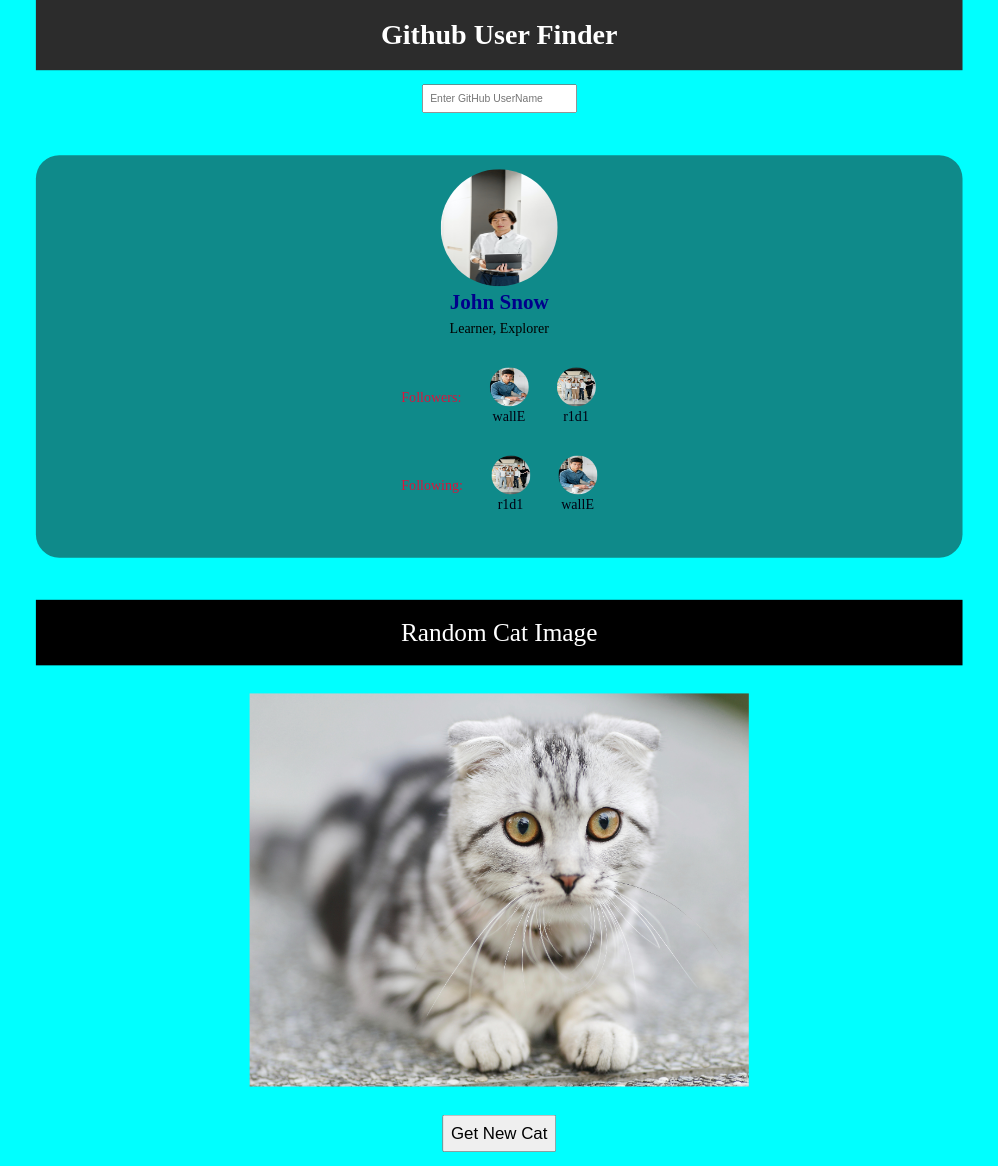
Repository: Ravindra-Shastri/TA-JS-asynchronous-js-TJaaao
Page: block-BJaajt/code/index.html
These files come from the project's save history. The page is drawn as it stood at one moment and after the next save; the edit follows.
The browser window is 1280 px wide. The pictures show the whole page, at 78% of full size.
The style sheet was rebuilt from its Sass, Less or Tailwind sources for each picture, by a compiler version that may differ from the author's.

Above is the page before, as saved 2021-10-07 10:41:43.

After the next save:
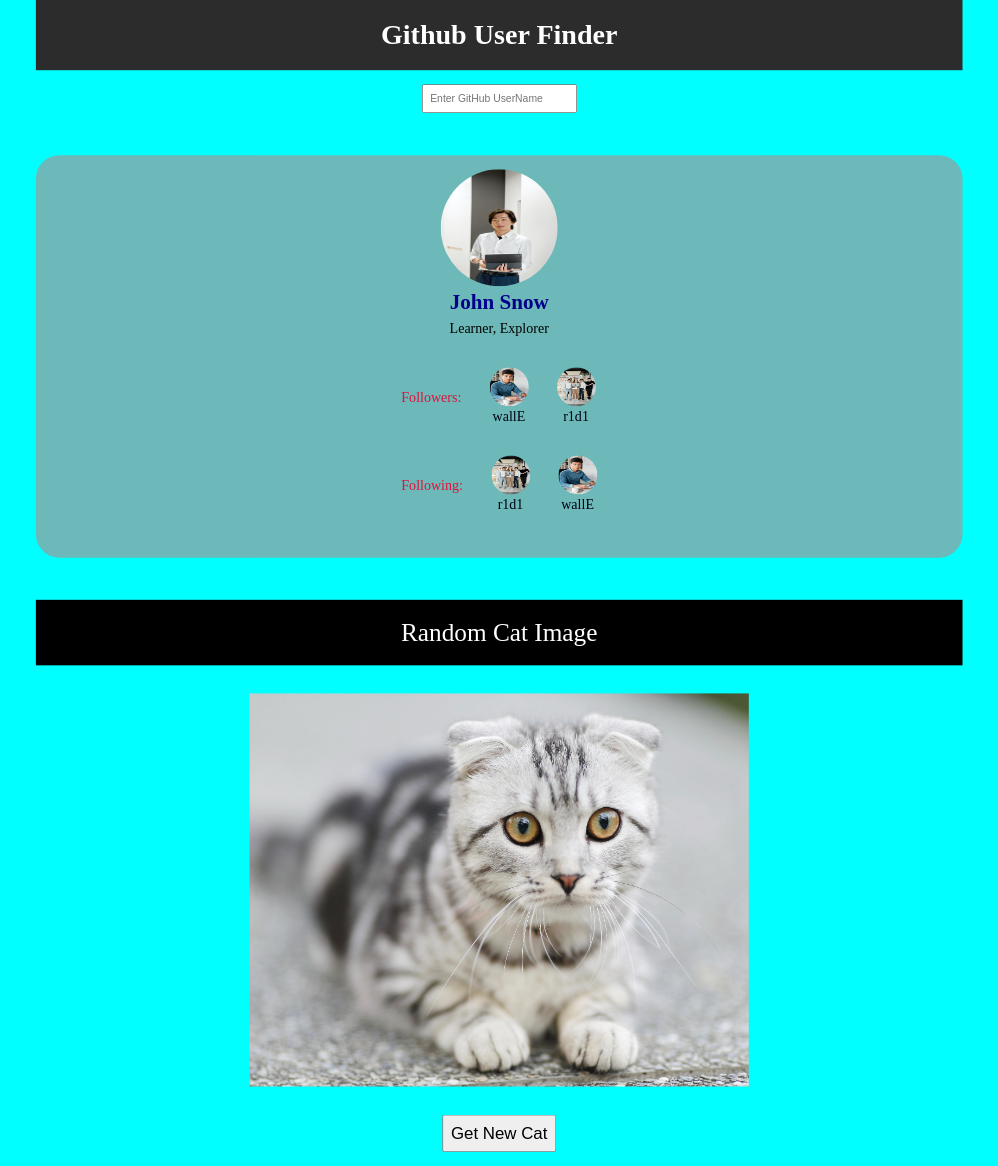
Saved 24 s later.
--- a/block-BJaajt/code/assets/style.scss
+++ b/block-BJaajt/code/assets/style.scss
@@ -37,7 +37,7 @@ h1 {
     margin: 3rem auto;
     padding: 1rem;
     align-items: center;
-    background: rgb(15, 138, 138);
+    background: rgb(109, 184, 184);
     border-radius: 30px;
 }
 .user-details {
